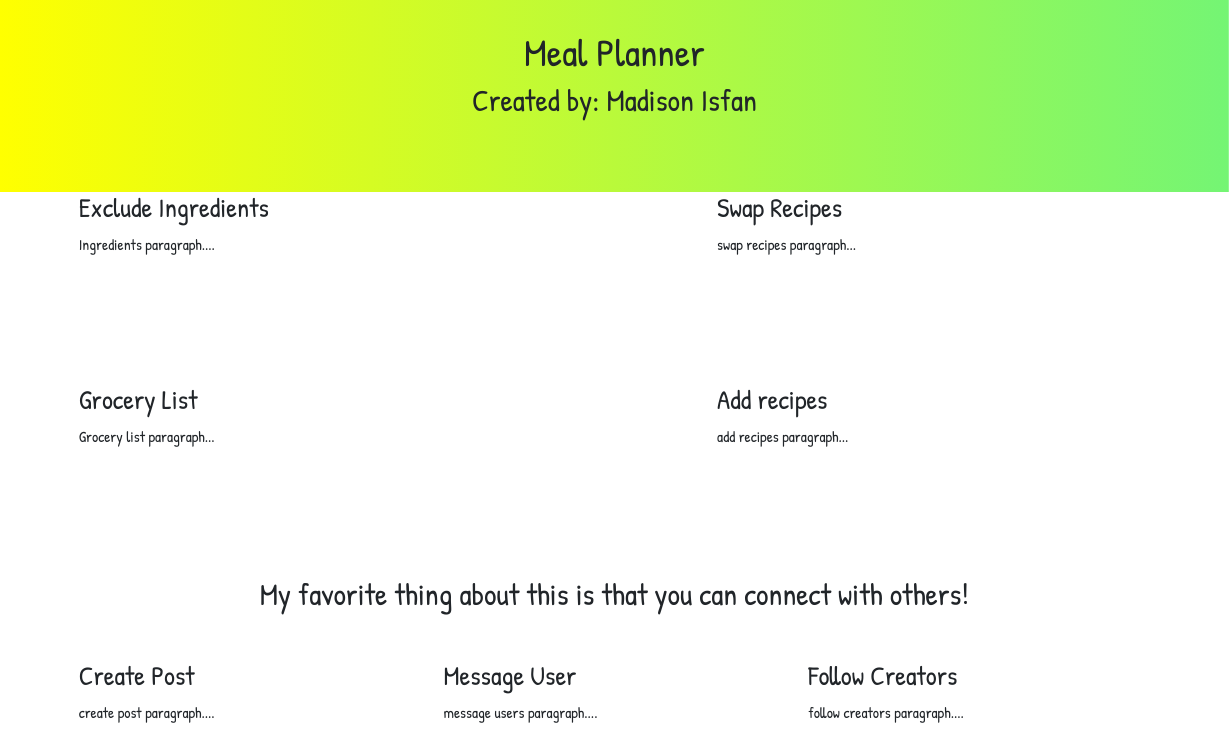
Repository: madisonisfan/Meal-Planner
Page: index.html
The author's editor kept a copy of each file at every save. The page is drawn from the files as they stood at one save, then again after the next save.
The browser window is 1280 px wide. The pictures show the whole page, at 96% of full size.
Some web libraries are served in a nearby version.

Above is the page before, as saved 2021-02-17 17:09:13.

### index.html
<!DOCTYPE html>
<head>

    <meta charset="utf-8"/>
    <meta name="viewport" content="width=device-width, initial-scale=1"/>

    <link rel="stylesheet" href="node_modules/bootstrap/dist/css/bootstrap.min.css" />

    <link rel="stylesheet" href="https://fonts.googleapis.com/css?family=Indie+Flower|Patrick+Hand" />
    <link rel="stylesheet" href="css/styles.css"/>
    <title> Meal Planner </title>
</head>

<body>

    <header class="jumbotron">
        <div class="container">
            <div class="row row-content  justify-content-center">
                <div class="col text-center saling-self">
                    <h1>Meal Planner</h1>
                    <h2>Created by: Madison Isfan</h2>
                </div>
            </div>
        </div>

    </header>

    <div class="container ">
        <div class="row row-content justify-content-between">
            <div class="col-5">
                <h3>Exclude Ingredients</h3>
                <p>Ingredients paragraph....</p>
            </div>
            <div class="col-5">
                <h3>Swap Recipes</h3>
                <p>swap recipes paragraph...</p>
            </div>
        </div>

        <div class="row row-content justify-content-between">
            <div class="col-5">
                <h3>Grocery List</h3>
                <p>Grocery list paragraph...</p>
            </div>
            <div class="col-5">
                <h3>Add recipes</h3>
                <p>add recipes paragraph...</p>
            </div>
        </div>

    </div> <!--End of container-->

    <div class="container">
        <div class="row">
            <div class="col ">
                <h2 class=" extra-header text-center">My favorite thing about this is that you can connect with others!</h2>
            </div>
        </div>
        <div class="row">
            <div class="col">
                <h3>Create Post</h3>
                <p>create post paragraph....</p>

            </div>
            <div class="col">
                <h3>Message User</h3>
                <p>message users paragraph....</p>
            </div>
            <div class="col">
                <h3>Follow Creators</h3>
                <p>follow creators paragraph....</p>
            </div>

        </div>

    </div>


    <script src="node_modules/jquery/dist/jquery.slim.min.js"></script>
    <script src="node_modules/popper.js/dist/umd/popper.min.js"></script>
    <script src="node_modules/bootstrap/dist/js/bootstrap.min.js"></script>
</body>


</html>

### css/styles.css
header {
  height: 200px;
}
body {
  font-family: "Patrick Hand";
}

.row-content {
  min-height: 200px;
}

.jumbotron {
  padding: 30px;
  background-image: linear-gradient(to right, yellow, rgb(116, 245, 116));
}

.extra-header {
  margin-bottom: 50px;
}

After the next save:
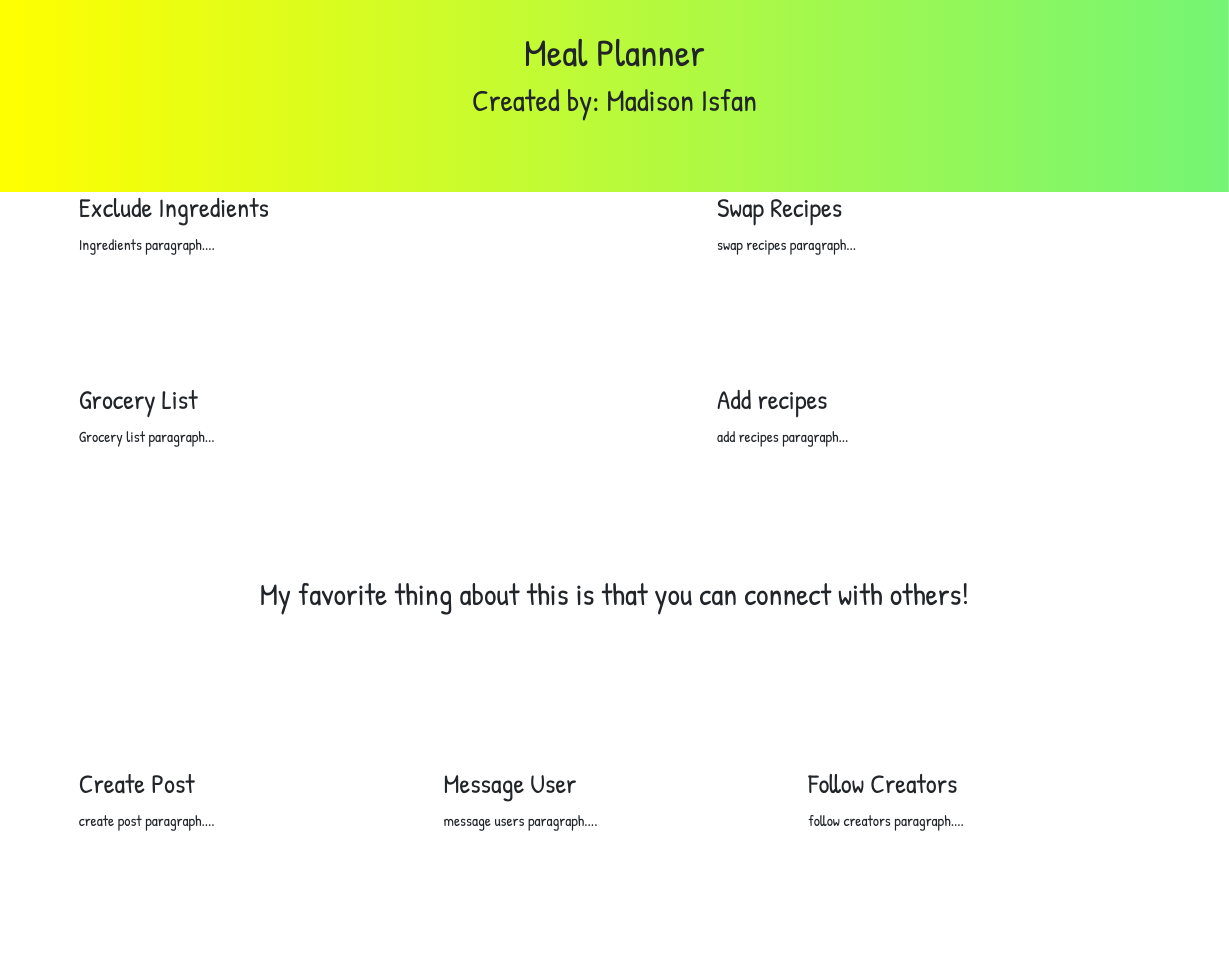
Saved 18 s later.
--- a/index.html
+++ b/index.html
@@ -51,12 +51,12 @@
     </div> <!--End of container-->
 
     <div class="container">
-        <div class="row">
+        <div class="row row-content">
             <div class="col ">
                 <h2 class=" extra-header text-center">My favorite thing about this is that you can connect with others!</h2>
             </div>
         </div>
-        <div class="row">
+        <div class="row row-content">
             <div class="col">
                 <h3>Create Post</h3>
                 <p>create post paragraph....</p>
